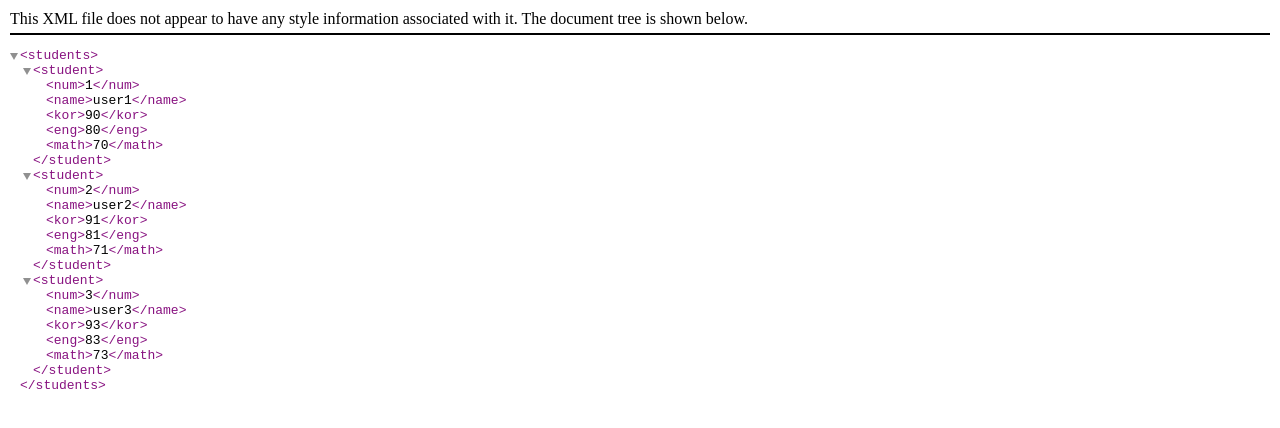
Repository: Lee-seongBeom/bitclass
Page: http://localhost/html08/student.jsp
The author's editor kept a copy of each file at every save. The page is drawn from the files as they stood at one save, then again after the next save.
The browser window is 1280 px wide. The pictures show the whole page.
The page is served by Tomcat 9. Other server files are loaded and not shown.

Above is the page before, as saved 2020-07-17 06:42:30.

### html08/WebContent/student.jsp
<?xml version="1.0" encoding="UTF-8"?>
<%@ page language="java" contentType="application/xml"
    pageEncoding="UTF-8"%>
<students>
	<student>
		<num>1</num>
		<name>user1</name>
		<kor>90</kor>
		<eng>80</eng>
		<math>70</math>
	</student>

	<student>
		<num>2</num>
		<name>user2</name>
		<kor>91</kor>
		<eng>81</eng>
		<math>71</math>
	</student>

	<student>
		<num>3</num>
		<name>user3</name>
		<kor>93</kor>
		<eng>83</eng>
		<math>73</math>
	</student>
</students>

After the next save:
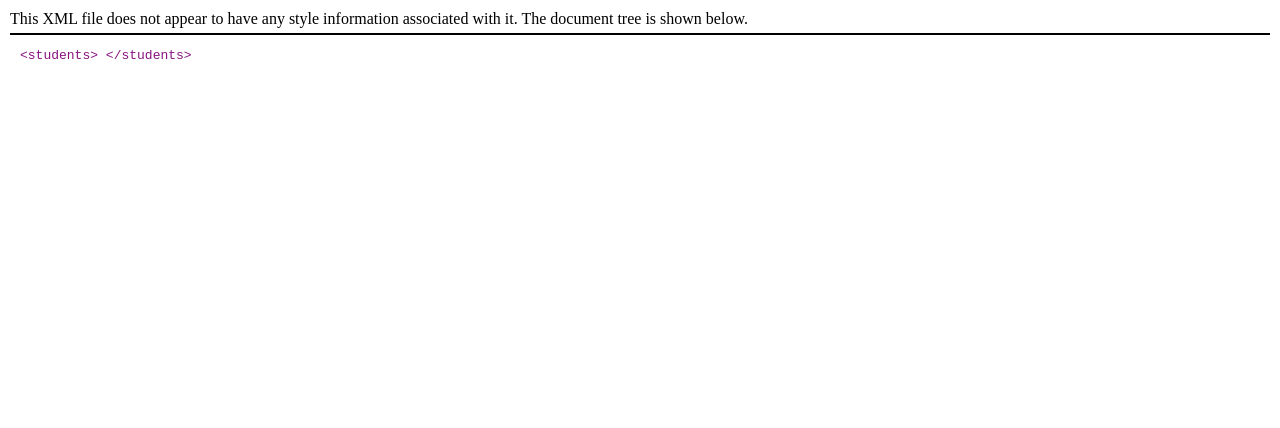
Saved 76 s later.
--- a/html08/WebContent/student.jsp
+++ b/html08/WebContent/student.jsp
@@ -2,27 +2,5 @@
 <%@ page language="java" contentType="application/xml"
     pageEncoding="UTF-8"%>
 <students>
-	<student>
-		<num>1</num>
-		<name>user1</name>
-		<kor>90</kor>
-		<eng>80</eng>
-		<math>70</math>
-	</student>
 
-	<student>
-		<num>2</num>
-		<name>user2</name>
-		<kor>91</kor>
-		<eng>81</eng>
-		<math>71</math>
-	</student>
-
-	<student>
-		<num>3</num>
-		<name>user3</name>
-		<kor>93</kor>
-		<eng>83</eng>
-		<math>73</math>
-	</student>
 </students>
